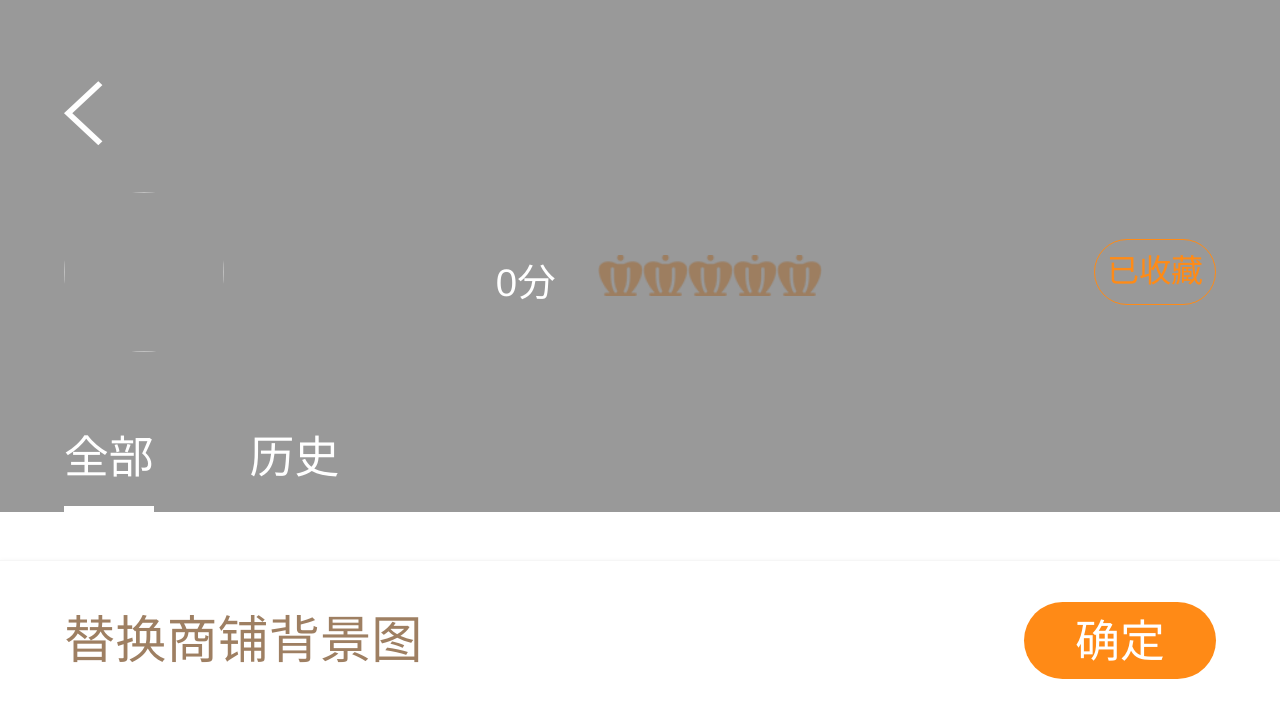
Repository: missing-star/rockBridge
Page: shop-set-bg.html
The author's editor kept a copy of each file at every save. The page is drawn from the files as they stood at one save, then again after the next save.
The browser window is 1280 px wide. The pictures show the whole page.

Above is the page before, as saved 2019-05-16 17:44:01.

### shop-set-bg.html
<!DOCTYPE html>
<html lang="en">

<head>
    <meta charset="UTF-8">
    <meta name="viewport" content="width=device-width, initial-scale=1.0, user-scalable=no,maximum-scale=1.0">
    <meta http-equiv="X-UA-Compatible" content="ie=edge">
    <meta http-equiv="Expires" content="0">
    <meta http-equiv="Pragma" content="no-cache">
    <meta http-equiv="Cache-control" content="no-cache">
    <meta http-equiv="Cache" content="no-cache">
    <link rel="stylesheet" href="assets/mui/css/mui.min.css?v=1.2.6">
    <link rel="stylesheet" href="css/common.css?v=1.2.6">
    <link rel="stylesheet" href="css/shop-detail.css?v=1.2.6">
    <title>叠石桥</title>
    <!--
        店铺详情
    -->
</head>

<body>
    <div id="app">
        <!--顶部搜索栏-->
        <header class="mui-bar mui-bar-nav" :style="currentBg">
            <div class="bg-black">
                <div class="search-group">
                    <i onclick="goBack()" class="mui-icon mui-icon-arrowleft"></i>
                </div>
                <div class="shop-info">
                    <img :src="shopInfo.images" alt="" class="shop-logo">
                    <div class="shop-title">
                        <p class="shop-name">{{shopInfo.title}}</p>
                        <p class="shop-level">
                            <span class="shop-score">{{score}}分</span>
                            <span class="shop-level-icon">
                                <img v-for="n in score" class="img-level" src="imgs/crown-active.png" alt="">
                                <img class="img-level" v-for="n in (5-score)" src="imgs/crown.png" alt="">
                            </span>
                        </p>
                    </div>
                    <button class="follow active">
                        已收藏
                    </button>
                </div>
                <ul class="tab-list">
                    <li class="tab-item active" data-tab-id="0">全部</li>
                    <li class="tab-item" data-tab-id="1">历史</li>
                </ul>
            </div>
        </header>
        <div class="mui-content">
            <div class="tab-content" :class="{active:showTab == 0}">

            </div>
            <div class="tab-content goods" :class="{active:showTab == 1}">

            </div>
        </div>
        <!-- 联系商家 -->
        <div class="contact-business-wrapper">
            <p class="phone-number-wrapper">
                <span class="phone-number">替换商铺背景图</span>
            </p>
            <a href="javascript:;" @click="changeBg" class="contact-business-btn">确定</a>
        </div>
    </div>
    <script src="assets/vue/vue.min.js?v=1.2.6"></script>
    <script src="assets/jquery/jquery.min.js?v=1.2.6"></script>
    <script src="assets/mui/js/mui.min.js?v=1.2.6"></script>
    <script src="js/common.js?v=1.2.6"></script>
    <script src="js/shop-set-bg.js"></script>
</body>

</html>

### css/common.css
html,
body,
.mui-content {
    font-size: calc(100vw / 20);
    background: #ffffff;
}
*{
    word-break: break-all;
}
div.mui-content {
    padding: 1rem;
}

header.mui-bar.mui-bar-nav {
    background: #ffffff;
    -webkit-box-shadow: none;
            box-shadow: none;
}

nav.mui-bar.mui-bar-tab {
    background: #ffffff;
    -webkit-box-shadow: 0 0 6px 0 rgba(0, 0, 0, 0.15);
            box-shadow: 0 0 6px 0 rgba(0, 0, 0, 0.15);
}

nva.mui-bar-tab span.mui-tab-label {
    color: #9d7e60;
}

.mui-bar-tab .mui-tab-item.mui-active {
    color: #5f4831;
}

img.mui-icon.nav-bar-icon.active {
    display: inline;
}

img.mui-icon.nav-bar-icon {
    display: none;
}

p {
    margin: 0;
}

input[type=color],
input[type=date],
input[type=datetime-local],
input[type=datetime],
input[type=email],
input[type=month],
input[type=number],
input[type=password],
input[type=search],
input[type=tel],
input[type=text],
input[type=time],
input[type=url],
input[type=week],
select,
textarea {
    margin-bottom: 0;
    width: auto;
    height: auto;
    border: none;
    -webkit-box-flex: 1;
        -ms-flex: 1;
            flex: 1;
    font-size: 0.8rem;
}

input::-webkit-input-placeholder {
    color: #c2c2c2;
}

nav.mui-bar.mui-bar-tab a.mui-tab-item {
    -ms-touch-action: none;
        touch-action: none;
    height: 100%;
}

nav.mui-bar.mui-bar-tab {
    height: 3rem;
}

.mui-bar-tab .mui-tab-item .mui-icon {
    top: 3px;
    width: 1.2rem;
    height: 1.2rem;
    padding-top: 0;
    padding-bottom: 0;
    margin-bottom: 0.1rem;
}

.mui-bar-tab .mui-tab-item .mui-icon~.mui-tab-label {
    font-size: 0.5rem;
    line-height: 1rem;
}

.mui-bar-tab~.mui-content {
    padding-top: 2.5rem;
    padding-bottom: 3rem;
}

button.submit {
    background: #9d7e60;
    width: 100%;
    border: none;
    border-radius: 1rem;
    font-size: 1rem;
    line-height: 1rem;
    color: #fff;
    margin-top: 1rem;
    height: 2rem;
}

button.mui-btn.mui-btn-blue.mui-poppicker-btn-ok,
button.mui-btn.mui-btn-blue {
    color: #ff8b16;
    background: transparent;
    border: none;
    font-size: 1rem;
}

.mui-poppicker-header,
.mui-dtpicker-header {
    border-radius: 0.3rem 0.3rem 0 0;
}

button.mui-btn.mui-poppicker-btn-cancel,
.mui-dtpicker-header button {
    color: #aaaaaa;
    border: none;
    background: transparent;
    font-size: 1rem;
}

button.mui-btn.mui-poppicker-btn-cancel>img,
.mui-dtpicker-header button>img {
    width: 1rem;
}

.mui-picker-inner,
.mui-picker {
    background: #fcfcfc;
    -webkit-mask-box-image: none;
    border-radius: 0 0 0.3rem 0.3rem;
}

.mui-poppicker-body {
    border: none;
    border-radius: 0 0 0.3rem 0.3rem;
}

button.mui-btn {
    color: #aaaaaa;
    border-color: #aaaaaa;
}

.mui-dtpicker-header {
    background: #ffffff;
}

.mui-dtpicker-title h5 {
    display: none;
}

span.mui-popup-button.mui-popup-button-bold {
    color: #FF8B16;
}

span.mui-popup-button {
    color: #aaaaaa;
}

[v-cloak] {
    display: none !important;
}

.mui-poppicker.mui-active,
.mui-dtpicker.mui-active {
    margin: 0.5rem;
    width: calc(100% - 1rem);
    border-radius: 0.3rem;
}

.popicker-title,
.dt-popicker-title {
    -webkit-box-flex: 1;
        -ms-flex: 1;
            flex: 1;
    text-align: center;
    font-size: 1rem;
    color: #000000;
}

.mui-poppicker-header,
.mui-dtpicker-header {
    display: -webkit-box;
    display: -ms-flexbox;
    display: flex;
    -webkit-box-align: center;
        -ms-flex-align: center;
            align-items: center;
    -webkit-box-pack: justify;
        -ms-flex-pack: justify;
            justify-content: space-between;
    background: #eeeeee;
}

.mui-pciker-list li {
    color: #b19c88;
}

.mui-pciker-list li.highlight {
    color: #5f4831;
}

.mui-pciker-rule-ft {
    z-index: 2;
    border-top: solid 1px #ced7de;
    border-bottom: solid 1px #ced7de;
}


input::-webkit-outer-spin-button,
input::-webkit-inner-spin-button {

    -webkit-appearance: none !important;
}

input[type="number"] {
    -moz-appearance: textfield;
}
.ellipsis{
    white-space: nowrap;
    overflow: hidden;
    text-overflow: ellipsis;
}
/* 联系商家 */
.contact-business-wrapper {
    position: fixed;
    bottom: 0;
    width: 100%;
    height: 2.5rem;
    background: #FFFFFF;
    border-top: 1px solid #f6f6f6;
    -webkit-box-shadow: 0 2px 6px 0 #EBEBEB;
            box-shadow: 0 2px 6px 0 #EBEBEB;
    display: -webkit-box;
    display: -ms-flexbox;
    display: flex;
    -webkit-box-align: center;
        -ms-flex-align: center;
            align-items: center;
    -webkit-box-pack: justify;
        -ms-flex-pack: justify;
            justify-content: space-between;
    padding: 0 1rem;
}
span.phone-number {
    color: #9e7f62;
    font-size: 0.8rem;
}
a.contact-business-btn {
    background: #ff8a16;
    color: #fff;
    font-size: 0.7rem;
    border-radius: 1rem;
    padding: 0.1rem 0.8rem;
    line-height: 1rem;
}
p.phone-number-wrapper {
    display: -webkit-box;
    display: -ms-flexbox;
    display: flex;
    -webkit-box-align: center;
        -ms-flex-align: center;
            align-items: center;
    -webkit-box-pack: justify;
        -ms-flex-pack: justify;
            justify-content: space-between;
    min-width: 28%;
}
img.phone-icon {
    width: 1rem;
}

### css/shop-detail.css
header.mui-bar.mui-bar-nav {
    height: 8rem;
    background-repeat: no-repeat;
    background-size: cover;
    padding: 0;
}

.mui-bar-nav.mui-bar .mui-icon {
    margin-left: -0.5rem;
    padding: 0;
    font-size: 1.6rem;
    color: #FFFFFF;
}
input.search-input {
    background-image: url(../imgs/search.png);
    background-repeat: no-repeat;
    background-position: 0.5rem;
    background-size: 0.8rem;
    margin: 0;
    margin: 0 1rem;
    -webkit-box-shadow: 0 0 6px 0 rgba(0,0,0,0.15);
            box-shadow: 0 0 6px 0 rgba(0,0,0,0.15);
    border-radius: 1rem;
    padding-left: 1.5rem;
    font-size: 0.8rem;
    height: 100%;
    text-align: center;
}
.notice-container {
    position: relative;
    width: 2.5rem;
    display: -webkit-box;
    display: -ms-flexbox;
    display: flex;
    -webkit-box-align: center;
        -ms-flex-align: center;
            align-items: center;
}

img.notice-icon {
    width: 0.5rem;
}
.search-group {
    width: 100%;
    display: -webkit-box;
    display: -ms-flexbox;
    display: flex;
    -webkit-box-align: center;
        -ms-flex-align: center;
            align-items: center;
    -webkit-box-pack: justify;
        -ms-flex-pack: justify;
            justify-content: space-between;
    height: 1.5rem;
}
.bg-black {
    width: 100%;
    height: 100%;
    background: rgba(0,0,0,0.4);
    padding: 1rem;
    position: relative;
}
.shop-info {
    display: -webkit-box;
    display: -ms-flexbox;
    display: flex;
    -webkit-box-align: center;
        -ms-flex-align: center;
            align-items: center;
    height: 3.5rem;
    -webkit-box-pack: justify;
        -ms-flex-pack: justify;
            justify-content: space-between;
}
img.shop-logo {
    width: 2.5rem;
    height: 2.5rem;
    border-radius: 50%;
}
img.img-level {
    width: 0.7rem;
}
p.shop-name {
    color: #fff;
    font-size: 0.8rem;
    line-height: 0.8rem;
}
p.shop-level {
    color: #fff;
    font-size: 0.6rem;
    margin-top: 0.2rem;
    line-height: 0.6rem;
}
button.follow {
    background: transparent;
    border-radius: 1rem;
    color: #fff;
    font-size: 0.5rem;
    line-height: 0.8rem;
}
span.shop-level-icon {
    margin-left: 0.5rem;
}
ul.tab-list {
    margin: 0;
    padding: 0;
    list-style: none;
    color: #fff;
    display: -webkit-box;
    display: -ms-flexbox;
    display: flex;
    -webkit-box-align: center;
        -ms-flex-align: center;
            align-items: center;
    height: 1.2rem;
    position: absolute;
    bottom: 0;
}
li.tab-item {
    margin-right: 1.5rem;
    position: relative;
    height: 100%;
    line-height: 0.7rem;
    font-size: 0.7rem;
}
li.tab-item.active:after{
    content: '';
    width:100%;
    background: #fff;
    height: 0.1rem;
    position: absolute;
    bottom: 0;
    left: 0;
}
.slider, .slider-business {
    white-space: nowrap;
    overflow: hidden;
    overflow-x: scroll;
}
.slider-business-item {
    display: inline-block;
    width: 5rem;
    border-radius: 6px;
    margin-right: 10px;
    text-align: center;
}
.slider-business::-webkit-scrollbar{
    width: 0;
    height: 0;
}
.slider-business-item img {
    width: 100%;
    border-radius: 6px;
    height: 5rem;
}
p.business-item-title {
    margin-top: 0.5rem;
    font-size: 0.8rem;
    color: #333;
    line-height: 0.8rem;
    margin-bottom: 0.5rem;
}
p.business-item-content {
    font-size: 0.6rem;
    line-height: 0.6rem;
    color:#fb8433;
}
.mui-bar-nav~.mui-content{
    padding-top: 8rem;
}
p.business-top-title,p.class-title {
    font-size: 0.8rem;
    padding: 1rem 0;
    color: #000;
}
div.have-good-goods {
    display: -webkit-box;
    display: -ms-flexbox;
    display: flex;
    -webkit-box-align: center;
        -ms-flex-align: center;
            align-items: center;
    -ms-flex-wrap: wrap;
        flex-wrap: wrap;
    -webkit-box-pack: justify;
        -ms-flex-pack: justify;
            justify-content: space-between;
}
.goods-item {
    width: 48%;
    margin-bottom: 1rem;
}
img.goods-img {
    width: 100%;
    height: calc(48vw - 1rem);
    border-radius: 0.2rem;
}
.goods-info>p:first-child {
    margin: 0.2rem 0;
    font-size: 0.6rem;
    line-height: 0.8rem;
}
.goods-info>p {
    font-size: 0.8rem;
    line-height: 0.8rem;
    display: -webkit-box;
    display: -ms-flexbox;
    display: flex;
    -webkit-box-align: center;
        -ms-flex-align: center;
            align-items: center;
    -webkit-box-pack: justify;
        -ms-flex-pack: justify;
            justify-content: space-between;
}
span.eye-container {
    display: -webkit-inline-box;
    display: -ms-inline-flexbox;
    display: inline-flex;
    -webkit-box-align: center;
        -ms-flex-align: center;
            align-items: center;
}
img.view-num {
    width: 1rem;
    margin-right: 0.2rem;
}
button.reserve {
    background: #9d7e60;
    border: none;
    border-radius: 1rem;
    color: #fff;
    padding: 0 0.3rem;
    font-size: 0.6rem;
    line-height: 1rem;
}
.bottom-line {
    width: 100%;
    color: #aaa;
    font-size: 0.8rem;
    text-align: center;
    height: 2rem;
    margin-bottom: 0.5rem;
}
button.follow.active {
    color: #ff8b16;
    border-color: #ff8b16;
}

/**搜索页样式*/
div.search-page.active{
    -webkit-animation: slideIn 0.2s ease;
            animation: slideIn 0.2s ease;
    -webkit-animation-fill-mode: forwards;
            animation-fill-mode: forwards;
}
@-webkit-keyframes slideIn{
    from{
        left:100%
    }
    to{
        left:0
    }
}
@keyframes slideIn{
    from{
        left:100%
    }
    to{
        left:0
    }
}
div.search-page {
    position: fixed;
    left: 100%;
    top: 0;
    width: 100%;
    height: 100%;
    z-index: 99;
    background: #fff;
}
div.search-page.slide-out{
    -webkit-animation: slideOut 0.2s ease;
            animation: slideOut 0.2s ease;
    -webkit-animation-fill-mode: forwards;
            animation-fill-mode: forwards;
}
@-webkit-keyframes slideOut{
    from{
        left:0
    }
    to{
        left:100%
    }
}
@keyframes slideOut{
    from{
        left:0
    }
    to{
        left:100%
    }
}
div.search-page>header {
    padding: 15px;
    display: -webkit-box;
    display: -ms-flexbox;
    display: flex;
    -webkit-box-align: center;
        -ms-flex-align: center;
            align-items: center;
    -webkit-box-pack: justify;
        -ms-flex-pack: justify;
            justify-content: space-between;
}
img.icon-back {
    width: 0.6rem;
}
span.cancel-search {
    white-space: nowrap;
    color: #333;
    padding: 0.5rem 0;
    font-size: 0.8rem;
}
p.business-detail>span:first-child{
	font-size: 0.8rem;
	line-height: 0.8rem;
    margin-bottom: 0.2rem;
    display: -webkit-box;
    display: -ms-flexbox;
    display: flex;
    -webkit-box-align: center;
        -ms-flex-align: center;
            align-items: center;
}

p.business-detail>span:last-child{
	font-size: 0.6rem;
	line-height: 0.6rem;
}

ul.tab-bar {
    margin: 0;
    list-style: none;
    padding-left: 15px;
}

li.tab-bar-item{
    display: inline-block;
    text-align: center;
    color:#888888;
    font-size: 0.8rem;
    width: 3rem;
    height: 1.5rem;
    position: relative;
    margin-right: 1rem;
    line-height: 0.9rem;
}
li.tab-bar-item.active{
    color:#5e452d;
}
li.tab-bar-item.active:after {
    content: '';
    width: 100%;
    height: 3px;
    position: absolute;
    bottom: 0;
    left: 0;
    background: #5e452d;
}
header.history-header,header.hot-header {
    margin-top: 1rem;
    display: -webkit-box;
    display: -ms-flexbox;
    display: flex;
    -webkit-box-align: center;
        -ms-flex-align: center;
            align-items: center;
    -webkit-box-pack: justify;
        -ms-flex-pack: justify;
            justify-content: space-between;
    padding: 0 15px;
}
p.search-history-title,p.search-hot-title {
    font-size: 0.7rem;
}
img.icon-delete {
    width: 0.8rem;
}
ul.history-list ,ul.hot-list{
    list-style: none;
    margin-top: 1rem;
    padding: 0 15px;
}
li.list-item {
    display: inline-block;
    padding: 0.2rem 1rem;
    background: #f6f6f6;
    border-radius: 100px;
    color:#666666;
    font-size: 0.6rem;
    margin-right: 0.6rem;
    margin-bottom: 0.4rem;
}
.input-group {
    position: relative;
    -webkit-box-flex: 1;
        -ms-flex: 1;
            flex: 1;
    margin: 0 1rem;
    height: 1.5rem;
}
img.clear-icon {
    position: absolute;
    top: 0.3rem;
    right: 0.4rem;
    width: 0.8rem;
}
input.search-page-input {
    height: 100%;
    background: url(../imgs/search.png) no-repeat;
    background-position: 0.2rem;
    background-size: 0.8rem;
    margin: 0;
    -webkit-box-shadow: 0 0 6px 0 rgba(0,0,0,0.15);
            box-shadow: 0 0 6px 0 rgba(0,0,0,0.15);
    border-radius: 1rem;
    padding-left: 1.3rem;
    font-size: 0.6rem;
    width: 100%;
}
p.name {
    color: #333333;
    text-align: center;
    font-size: 0.8rem;
    line-height: 1rem;
}
p.price {
    color: #ff4404;
    text-align: center;
    font-size: 0.6rem;
    line-height: 1rem;
}
.tab-content {
    display: none;
}
.tab-content.active {
    display: block;
}
.tab-content.goods.active {
    padding-top: 1rem;
}
.comments-score {
    display: -webkit-box;
    display: -ms-flexbox;
    display: flex;
    -webkit-box-align: center;
        -ms-flex-align: center;
            align-items: center;
    -webkit-box-pack: justify;
        -ms-flex-pack: justify;
            justify-content: space-between;
}
img.comments-icon {
    width: 0.75rem;
    margin: 0 0.1rem;
}
.score-show,.star-container,.good-percent {
    -webkit-box-shadow: 0px 2px 6px 0px rgba(0,0,0,0.15);
            box-shadow: 0px 2px 6px 0px rgba(0,0,0,0.15);
    display: -webkit-box;
    display: -ms-flexbox;
    display: flex;
    -webkit-box-align: center;
        -ms-flex-align: center;
            align-items: center;
    -webkit-box-pack: center;
        -ms-flex-pack: center;
            justify-content: center;
    -webkit-box-orient: vertical;
    -webkit-box-direction: normal;
        -ms-flex-direction: column;
            flex-direction: column;
    padding: 0.5rem;
    border-radius: 5px;
    min-height: 3.7rem;
}
.score-show>p.score,.good-percent>p.number {
    color: #ff8b16;
    font-size: 1.2rem;
    line-height: 1.2rem;
}
.score-show>p.title,.good-percent>p.title {
    color: #333333;
    font-size: 0.7rem;
    line-height: 1rem;
    margin-top: 0.2rem;
}
p.score-star {
    margin-top: 0.02rem;
}
.star-container {
    -webkit-box-flex: 1;
        -ms-flex: 1;
            flex: 1;
    margin: 0 0.3rem;
}
.star-container>p {
    font-size: 0.7rem;
    color: #333333;
}
img.user-logo {
    width: 2.5rem;
    height: 2.5rem;
    border-radius: 50%;
}
ul.comments-list {
    list-style: none;
    padding: 0;
}
.user-info {
    display: -webkit-box;
    display: -ms-flexbox;
    display: flex;
    -webkit-box-align: center;
        -ms-flex-align: center;
            align-items: center;
    -webkit-box-pack: justify;
        -ms-flex-pack: justify;
            justify-content: space-between;
    border-bottom: 1px solid #eeeeee;
    padding-bottom: 0.2rem;
}
.left-part {
    display: -webkit-box;
    display: -ms-flexbox;
    display: flex;
    -webkit-box-align: center;
        -ms-flex-align: center;
            align-items: center;
    -webkit-box-pack: justify;
        -ms-flex-pack: justify;
            justify-content: space-between;
}
p.user-nickname {
    display: -webkit-box;
    display: -ms-flexbox;
    display: flex;
    -webkit-box-orient: vertical;
    -webkit-box-direction: normal;
        -ms-flex-direction: column;
            flex-direction: column;
    padding-left: 0.5rem;
}
img.like-icon {
    width: 0.6rem;
}
p.like {
    font-size: 0.75rem;
    line-height: 1rem;
    color: #333333;
    display: -webkit-box;
    display: -ms-flexbox;
    display: flex;
    -webkit-box-align: center;
        -ms-flex-align: center;
            align-items: center;
    -webkit-box-pack: end;
        -ms-flex-pack: end;
            justify-content: flex-end;
}
span.username {
    color: #333333;
    font-size: 0.8rem;
    line-height: 1rem;
}
span.score {
    color: #aaaaaa;
    font-size: 0.6rem;
    line-height: 1rem;
}
p.show-date {
    color: #aaaaaa;
    font-size: 0.75rem;
    line-height: 1rem;
}
span.like-num {
    padding-left: 0.2rem;
    padding-top: 0.2rem;
}
.comments-content {
    padding-top: 0.5rem;
    font-size: 0.7rem;
    line-height: 1rem;
    color: #333333;
}
.shop-reply {
    background: #eeeeee;
    font-size: 0.7rem;
    margin-top: 0.5rem;
    line-height: 1rem;
    border-radius: 0.2rem;
    padding: 0.2rem;
    color:#aaaaaa;
}
li.comments-item{
    position: relative;
    margin-bottom: 2rem;
}
li.comments-item:after {
    content: '';
    position: absolute;
    background: #f6f6f6;
    height: 4px;
    width: 100%;
    bottom: -1rem;
}
button.comments-btn {
    position: fixed;
    bottom: 0;
    left: 0;
    width: 100vw;
    font-size: 0.9rem;
    line-height: 1.2rem;
    border: none;
    background: #9d7e60;
    border-radius: 0px;
    color: #ffffff;
    padding: 0.5rem;
}
.show-imgs {
    display: -webkit-box;
    display: -ms-flexbox;
    display: flex;
    -webkit-box-align: center;
        -ms-flex-align: center;
            align-items: center;
    margin-top: 0.5rem;
}
img.show-img-item {
    width: 30%;
    margin: 0 1%;
    height: 5rem;
    border-radius: 0.2rem;
}

### js/shop-set-bg.js
var vm = new Vue({
    el: '#app',
    data: {
        currentTab: 'all',
        showTab: 0,
        shopInfo: '',
        hotList: [],
        score: 0,
        bgList:JSON.parse(localStorage.getItem('bgList')),
        currentBgIndex:localStorage.getItem('currentBg')
    },
    filters: {
        //拼接图片地址
        filterImg(thumb) {
            thumb = thumb == null ? '' : thumb;
            if (thumb.indexOf('http') != -1) {
                return `${thumb}`;
            }
            return `${rootUrl}${thumb}`;
        }
    },
    computed: {
        currentBg:function() {
            console.log(`bg/${this.bgList[this.currentBgIndex]}.png`);
            return {
                background:'bg/1.png'
            }
        }
    },
    methods: {
        changeBg:function() {

        }
    },
});

$(function () {
    //获得商家详情
    // getShopInfo();
    //切换tab
    $("li.tab-item").click(function () {
        if (!$(this).hasClass('active')) {
            $(this).addClass('active');
            $(this).siblings().removeClass('active');
            console.log($(this).attr('data-tab-id'));
            vm.showTab = $(this).attr('data-tab-id');
        }
    });
});

function getShopInfo() {
    $.ajax({
        url: `${rootUrl}/index/api/getShopsInfo`,
        data: {
            id: getParams().id
        },
        type: 'post',
        dataType: 'json',
        success: function (data) {
            vm.shopInfo = data.result[0];
            vm.hotList = data.result.click_goods_list;
            vm.allList = data.result.goods_list;
            vm.searchList = data.result.goods_list;
            vm.isCollection = data.result.is_collection;
            vm.score = data.result.shop_review;
        },
        error: function () {
            mui.toast('服务器异常');
        }
    });
}

Loaded but not shown: assets/mui/css/mui.min.css (library); assets/vue/vue.min.js (library); assets/jquery/jquery.min.js (library); assets/mui/js/mui.min.js (library); js/common.js (220 lines, source omitted)

After the next save:
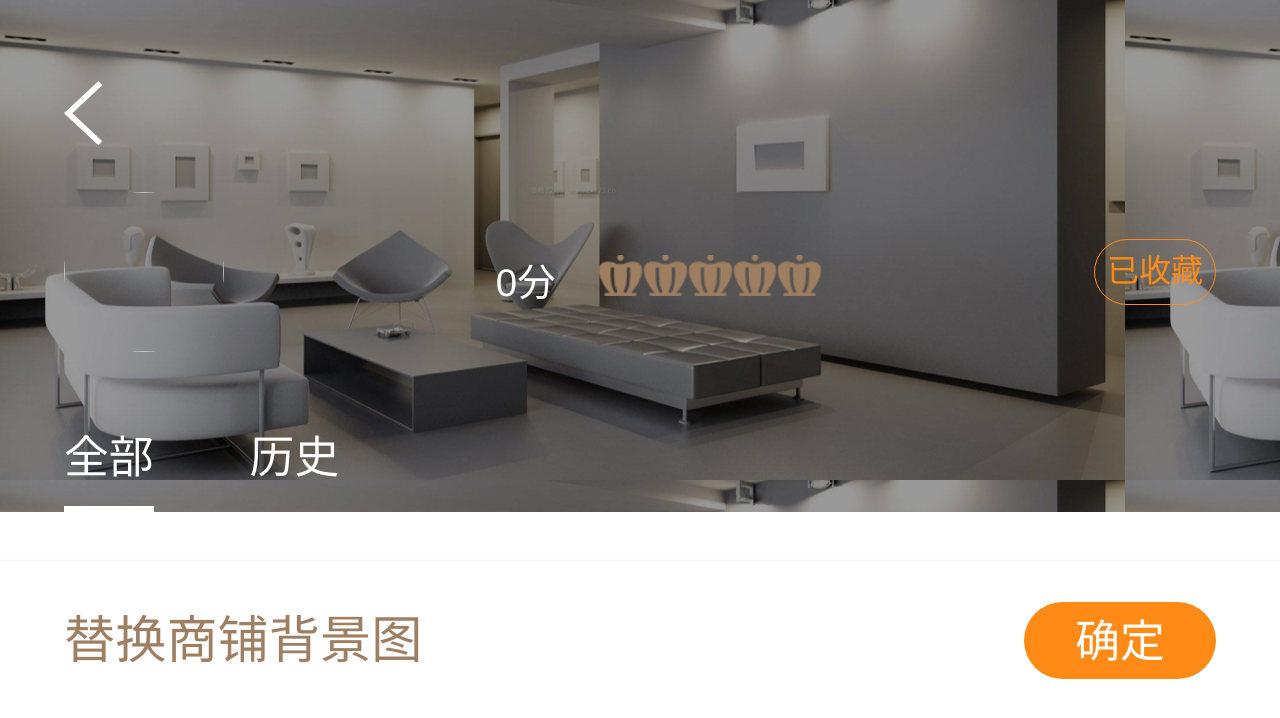
Saved 16 s later.
--- a/js/shop-set-bg.js
+++ b/js/shop-set-bg.js
@@ -23,7 +23,7 @@ var vm = new Vue({
         currentBg:function() {
             console.log(`bg/${this.bgList[this.currentBgIndex]}.png`);
             return {
-                background:'bg/1.png'
+                background:`url(bg/${this.bgList[this.currentBgIndex]}.png)`
             }
         }
     },
